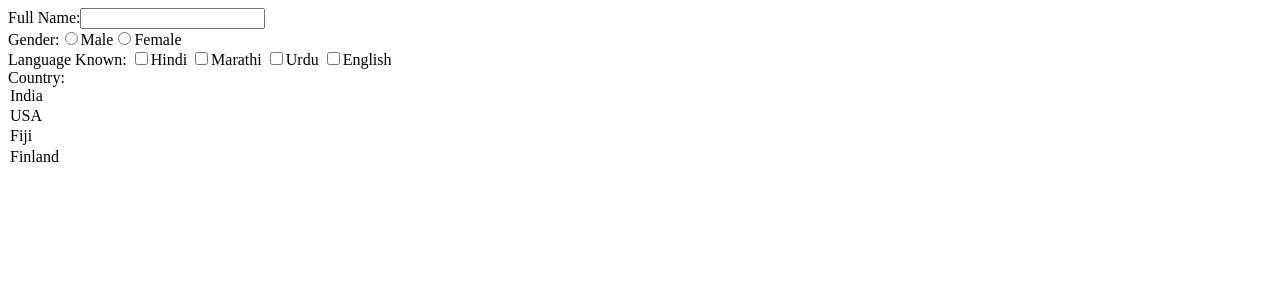
Repository: riishraj1821/Learning-with-maven
Page: http://localhost/form_under_servlet/form.jsp
An editor plug-in stored every save of this project. The page is shown before and after the next save, followed by the edit.
The browser window is 1280 px wide. The pictures show the whole page.
The page is served by Tomcat 10.

Above is the page before, as saved 2024-10-10 07:11:15.

After the next save:
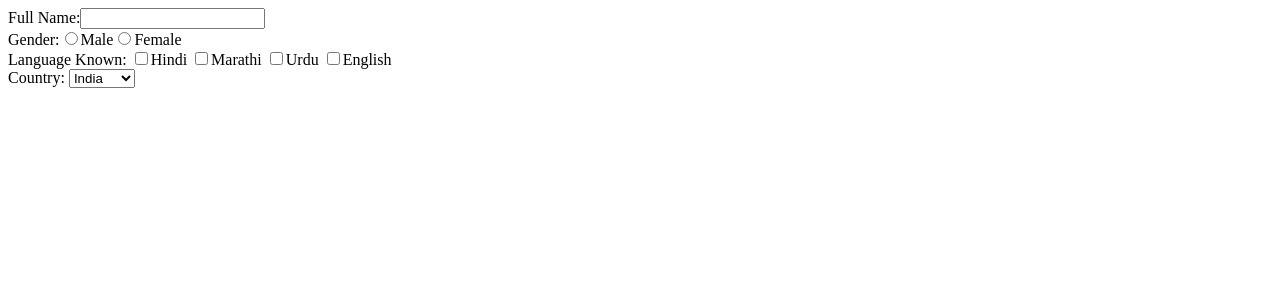
Saved 34 s later.
--- a/form_under_servlet/src/main/webapp/form.jsp
+++ b/form_under_servlet/src/main/webapp/form.jsp
@@ -16,7 +16,7 @@ Language Known: <input type="checkbox" name="language" value="hindi"/>Hindi
 				<input type="checkbox" name="language" value="Urdu"/>Urdu
 				<input type="checkbox" name="language" value="English"/>English
 <br/>
-Country: <section name="country">
+Country: <select name="country">
 					<option value="India">India</option>
 					<option value="USA">USA</option>
 					<option value="figi">Fiji</option>
